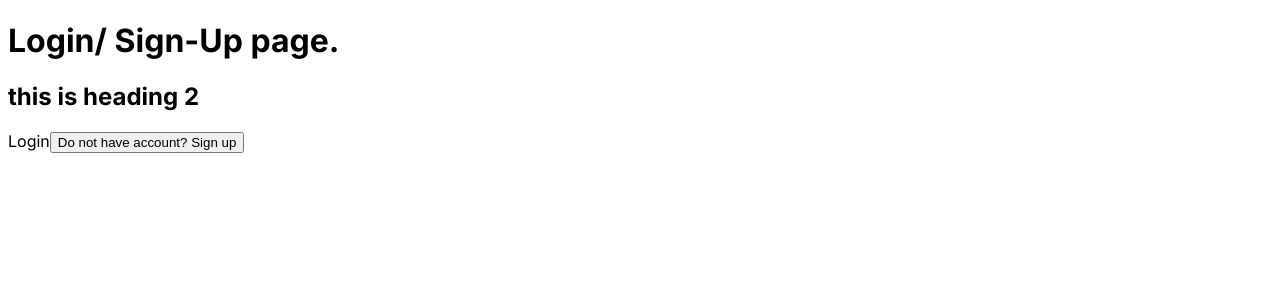
Repository: its-kundan/food-on-time
Page: /restaurant
These files come from the project's save history. The page is drawn as it stood at one moment and after the next save; the edit follows.
The browser window is 1280 px wide. The pictures show the whole page.
The project was rebuilt for these pictures with package versions that can differ from the ones it lists, and the page was loaded fresh each time. The framework's server and built-in components were replaced by stand-ins that run in the browser. Also part of the build but not shown: next.config.mjs, src/app/globals.css, src/app/_components/SignUp.jsx.

Above is the page before, as saved 2024-07-24 19:32:18.

After the next save:
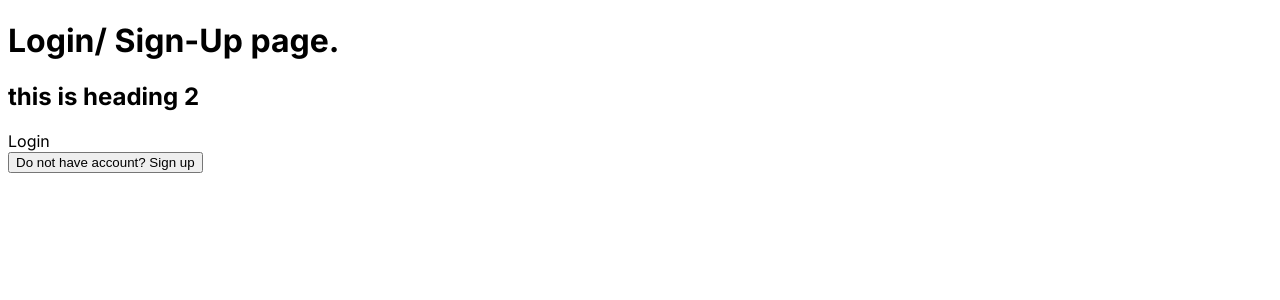
Saved 61 s later.
--- a/src/app/restaurant/page.js
+++ b/src/app/restaurant/page.js
@@ -17,7 +17,9 @@ function Restaurant() {
     }
 
 
+    <div>
 
+    </div>
     <button onClick={()=>{setLogin(!login)}}>
       {login?"Do not have account? Sign up":"Already have an account? Login"}
     </button>
